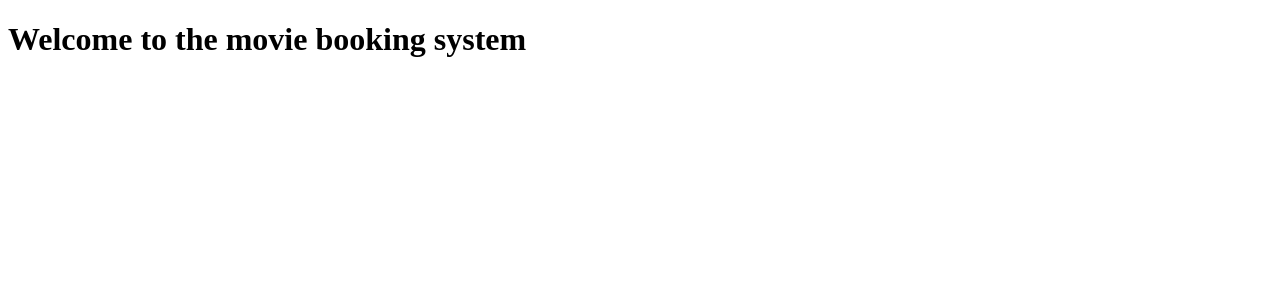
Repository: shesha1096/Java-Programs
Page: http://localhost/MovieTicketBooking/
These files come from the project's save history. The page is drawn as it stood at one moment and after the next save; the edit follows.
The browser window is 1280 px wide. The pictures show the whole page.
The page is served by Tomcat 9.

Above is the page before, as saved 2018-07-21 06:11:56.

After the next save:
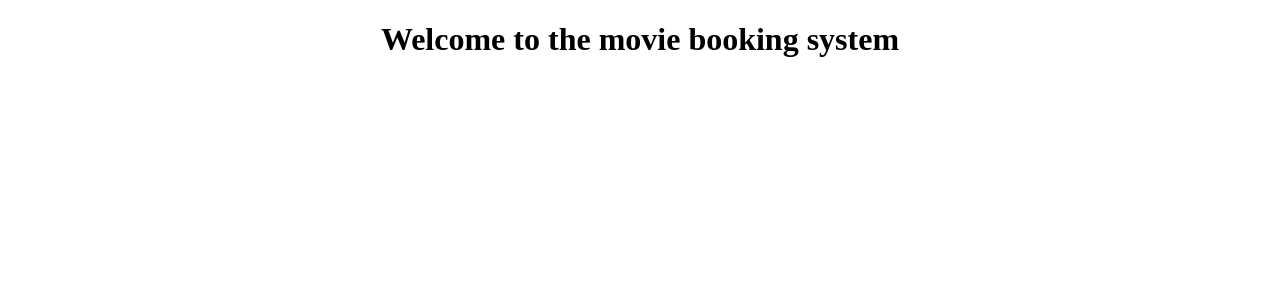
Saved 28 s later.
--- a/MovieTicketBooking/WebContent/index.jsp
+++ b/MovieTicketBooking/WebContent/index.jsp
@@ -7,6 +7,6 @@
 <title>Movie Ticket Booking</title>
 </head>
 <body>
-<h1> Welcome to the movie booking system</h1>
+<h1 style="text-align:center"> Welcome to the movie booking system</h1>
 </body>
 </html>
